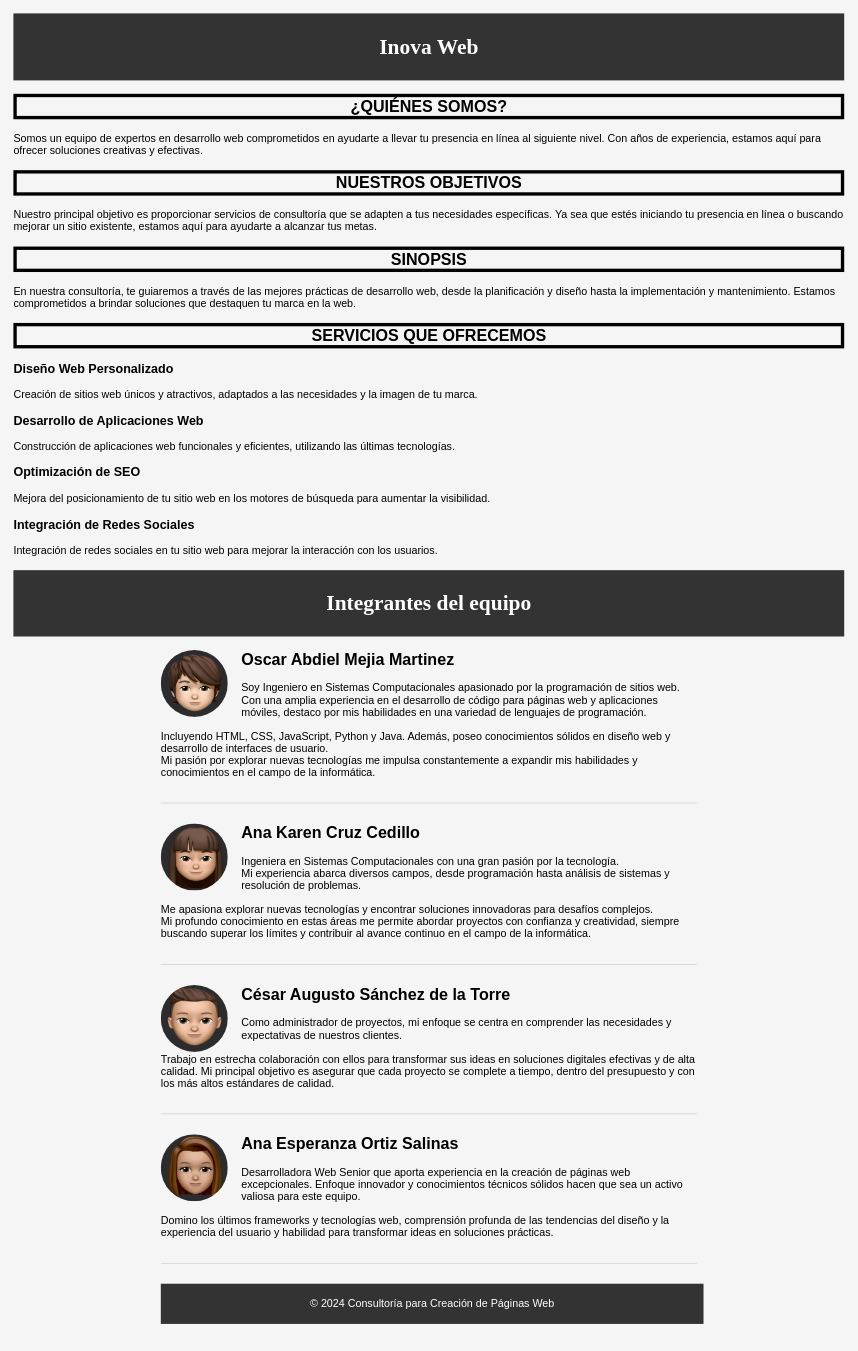
Repository: UVMCoyoacan/InnovaWeb
Page: index.html
These files come from the project's save history. The page is drawn as it stood at one moment and after the next save; the edit follows.
The browser window is 1280 px wide. The pictures show the whole page, at 67% of full size.

Above is the page before, as saved 2024-03-01 10:17:22.

After the next save:
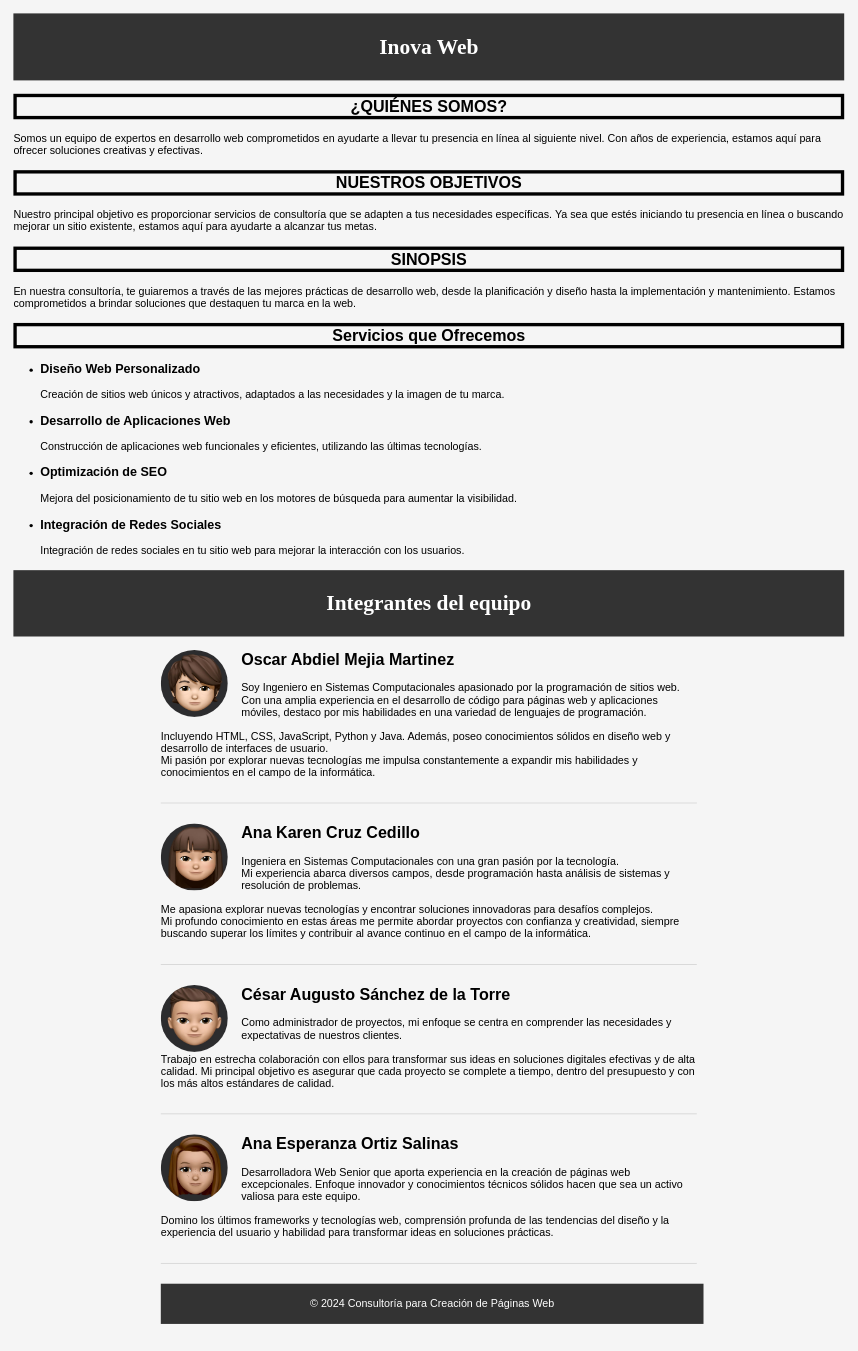
Saved 83 s later.
--- a/index.html
+++ b/index.html
@@ -29,25 +29,38 @@
     <h2 style="text-align: center;color:black;border: 5px solid black;">SINOPSIS</h2>
     <p>En nuestra consultoría, te guiaremos a través de las mejores prácticas de desarrollo web, desde la planificación y diseño hasta la implementación y mantenimiento. Estamos comprometidos a brindar soluciones que destaquen tu marca en la web.</p>
 </section>
+
+
 <section id="servicios">
-    <h2 style="text-align: center;color:black;border: 5px solid black;">SERVICIOS QUE OFRECEMOS</h2>
-    <div class="servicio">
-        <h3>Diseño Web Personalizado</h3>
-        <p>Creación de sitios web únicos y atractivos, adaptados a las necesidades y la imagen de tu marca.</p>
-    </div>
-    <div class="servicio">
-        <h3>Desarrollo de Aplicaciones Web</h3>
-        <p>Construcción de aplicaciones web funcionales y eficientes, utilizando las últimas tecnologías.</p>
-    </div>
-    <div class="servicio">
-        <h3>Optimización de SEO</h3>
-        <p>Mejora del posicionamiento de tu sitio web en los motores de búsqueda para aumentar la visibilidad.</p>
-    </div>
-    <div class="servicio">
-        <h3>Integración de Redes Sociales</h3>
-        <p>Integración de redes sociales en tu sitio web para mejorar la interacción con los usuarios.</p>
-    </div>
+    <h2 style="text-align: center;color:black;border: 5px solid black;">Servicios que Ofrecemos</h2>
+    <ul>
+        <li>
+            <div class="servicio">
+                <h3>Diseño Web Personalizado</h3>
+                <p>Creación de sitios web únicos y atractivos, adaptados a las necesidades y la imagen de tu marca.</p>
+            </div>
+        </li>
+        <li>
+            <div class="servicio">
+                <h3>Desarrollo de Aplicaciones Web</h3>
+                <p>Construcción de aplicaciones web funcionales y eficientes, utilizando las últimas tecnologías.</p>
+            </div>
+        </li>
+        <li>
+            <div class="servicio">
+                <h3>Optimización de SEO</h3>
+                <p>Mejora del posicionamiento de tu sitio web en los motores de búsqueda para aumentar la visibilidad.</p>
+            </div>
+        </li>
+        <li>
+            <div class="servicio">
+                <h3>Integración de Redes Sociales</h3>
+                <p>Integración de redes sociales en tu sitio web para mejorar la interacción con los usuarios.</p>
+            </div>
+        </li>
+    </ul>
 </section>
+
 <!--/////////////////////////////////////////////////////////////////////////////////////////////////////-->
 <header>
 <center>
